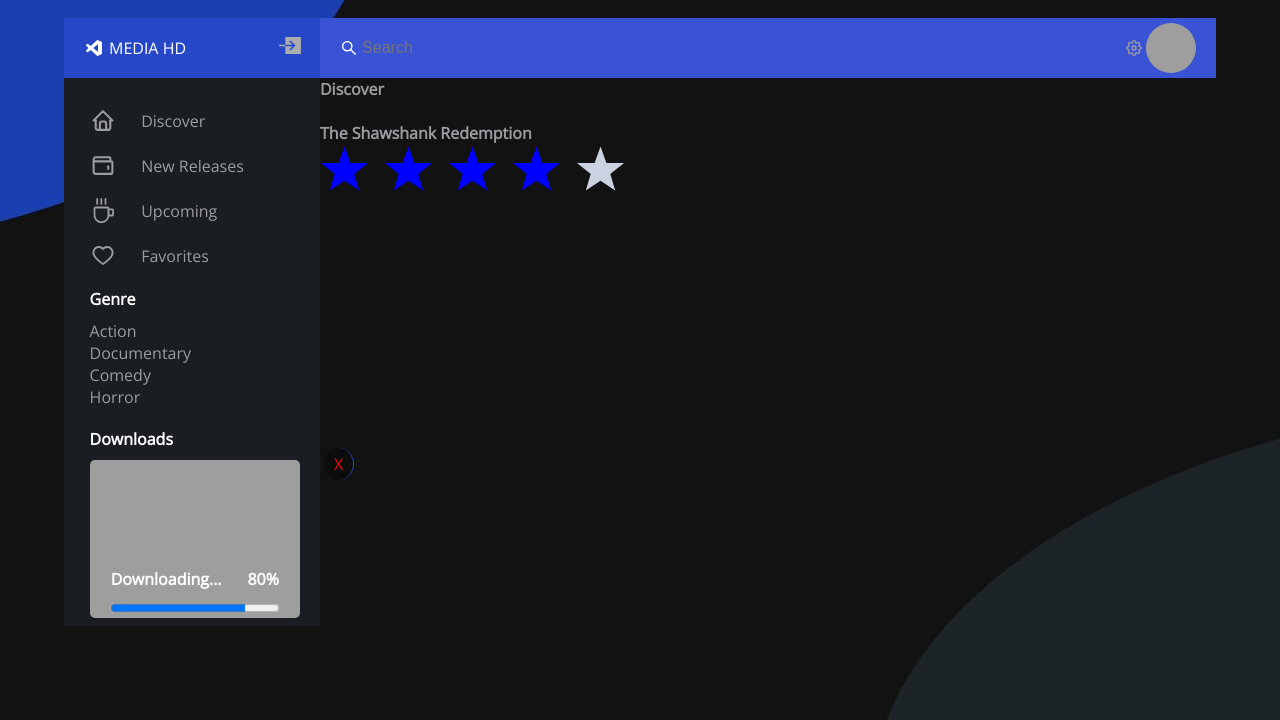
Repository: DevLaukey/movie-task
Page: /
An editor plug-in stored every save of this project. The page is shown before and after the next save, followed by the edit.
The browser window is 1280 px wide. The pictures show the whole page.
Pictures or frames that could not be fetched are drawn as grey boxes. The page's requests for data from a server got no answer. The project was rebuilt for these pictures with package versions that can differ from the ones it lists, and the page was loaded fresh each time. No one was signed in, and anything a server would have sent is missing. Also part of the build but not shown: src/components/Body/Movies.css.

Above is the page before, as saved 2022-06-16 23:20:35.

### src/App.js
import "./App.css"
import Body from "./components/Body/Body";
import Sidebar from "./components/Sidebar/Sidebar";
import axios from "axios";
import { useEffect, useState } from "react";

function App() {
  const [movies, setMovies] = useState([]);
  const url = "https://api.themoviedb.org/3/";
  const api = axios.create({ baseURL: url });

  const movieDetails = api.get(`/discover/movie?api_key=${process.env.REACT_APP_MOVIEDB_API}`, {
    params: process.env.MOVIEDB_API,
  });

  useEffect(() => {
    movieDetails.then((res) => {
      console.log(res.data.results);
    });
  }, [movies])
  return (
    <main className="App">
      <div className="App__container">
        <Sidebar />
        <Body />
      </div>
    </main>
  );
}

export default App;

### src/index.css
*{
    padding: 0;
    margin: 0;
    box-sizing: border-box;

}
body{    background-color: #000;
}

### src/features/counter/counterSlice.js
import { createAsyncThunk, createSlice } from '@reduxjs/toolkit';
import { fetchCount } from './counterAPI';

const initialState = {
  value: 0,
  movies: 'idle',
};

// The function below is called a thunk and allows us to perform async logic. It
// can be dispatched like a regular action: `dispatch(incrementAsync(10))`. This
// will call the thunk with the `dispatch` function as the first argument. Async
// code can then be executed and other actions can be dispatched. Thunks are
// typically used to make async requests.
export const incrementAsync = createAsyncThunk(
  'counter/fetchCount',
  async (amount) => {
    const response = await fetchCount(amount);
    // The value we return becomes the `fulfilled` action payload
    return response.data;
  }
);

export const counterSlice = createSlice({
  name: 'counter',
  initialState,
  // The `reducers` field lets us define reducers and generate associated actions
  reducers: {
    increment: (state) => {
      // Redux Toolkit allows us to write "mutating" logic in reducers. It
      // doesn't actually mutate the state because it uses the Immer library,
      // which detects changes to a "draft state" and produces a brand new
      // immutable state based off those changes
      state.value += 1;
    },
    decrement: (state) => {
      state.value -= 1;
    },
    // Use the PayloadAction type to declare the contents of `action.payload`
    incrementByAmount: (state, action) => {
      state.value += action.payload;
    },
  },
  // The `extraReducers` field lets the slice handle actions defined elsewhere,
  // including actions generated by createAsyncThunk or in other slices.
  extraReducers: (builder) => {
    builder
      .addCase(incrementAsync.pending, (state) => {
        state.status = 'loading';
      })
      .addCase(incrementAsync.fulfilled, (state, action) => {
        state.status = 'idle';
        state.value += action.payload;
      });
  },
});

export const { increment, decrement, incrementByAmount } = counterSlice.actions;

// The function below is called a selector and allows us to select a value from
// the state. Selectors can also be defined inline where they're used instead of
// in the slice file. For example: `useSelector((state: RootState) => state.counter.value)`
export const selectCount = (state) => state.counter.value;

// We can also write thunks by hand, which may contain both sync and async logic.
// Here's an example of conditionally dispatching actions based on current state.
export const incrementIfOdd = (amount) => (dispatch, getState) => {
  const currentValue = selectCount(getState());
  if (currentValue % 2 === 1) {
    dispatch(incrementByAmount(amount));
  }
};

export default counterSlice.reducer;

### src/App.css
@import url('https://fonts.googleapis.com/css2?family=Open+Sans&display=swap');
.App{
    background-image: url(../public/back.jpg);
    width: 100vw;
    height: 100vh;
    background-size: cover;
    background-repeat: no-repeat;
    font-family: 'Open Sans', sans-serif;
    color: rgba(154,156,161,255);
}
.App__container{
    position: absolute;
    display: flex;
    justify-content: center;
    width: 100%;
}

### src/components/Body/Body.js
import React from "react";
import "./Body.css";
import Movies from "./Movies";
import Nav from "./Nav/Nav";
function Body() {
  return (
    <div className="body">
      <Nav />
      <Movies />
    </div>
  );
}

export default Body;

### src/components/Sidebar/Sidebar.js
import React from "react";
import "./Sidebar.css";
import { IoEnterSharp } from "react-icons/io5";
import { SiVisualstudiocode } from "react-icons/si";

import Links from "./Links";

function Sidebar() {
  return (
    <div className="sidebar">
      <div className="sidebar__top">
        <div className="sidebar__left">
          <SiVisualstudiocode className="sidebar__logo" />
          <p className="sidebar__text">MEDIA HD</p>
        </div>
        <div className="sidebar__right">
          <IoEnterSharp
            style={{ color: "#acacac", height: "25", width: "30" }}
          />
        </div>
      </div>
      <div className="sidebar__bottom">
        <Links />
        <section className="sidebar__genre">
          <p className="sidebar__genre-bold-text">Genre</p>
          <p className="sidebar__genre-text">Action</p>
          <p className="sidebar__genre-text">Documentary</p>
          <p className="sidebar__genre-text">Comedy</p>
          <p className="sidebar__genre-text">Horror</p>
        </section>
        <section className="sidebar__downloads">
          <p className="sidebar__genre-bold-text">Downloads</p>
          <img
            className="sidebar__download-img"
            src="https://image.tmdb.org/t/p/original/zGLHX92Gk96O1DJvLil7ObJTbaL.jpg"
            alt="download"
          />
          <div className="sidebar__downloads-circle">
            <p className="sidebar__downloads-cancel">X</p>
          </div>
          <div className="sidebar__downloads-details">
            <div className="sidebar__downloads-text">
              <p className="sidebar__genre-bold-text">Downloading...</p>
              <p className="sidebar__genre-bold-text"> 80%</p>
            </div>

            <progress
              className="sidebar__downloads-progress"
              max="100"
              value="80"
            ></progress>
          </div>
        </section>
      </div>
    </div>
  );
}

export default Sidebar;

### src/components/Body/Body.css
.body{
    display: flex;
    flex-direction: column;
    top: -20px;
    width: 70%;
}

### src/components/Body/Movies.js
import React from 'react'
import Movie from './Movie'
import "./Movies.css"
function Movies() {
  return (
    <div className="movies">
      <h4 className="movies__title">
        Discover
      </h4>
          <Movie />
    </div>
  )
}

export default Movies

### src/components/Body/Nav/Nav.js
import React from 'react'
import "./Nav.css"
import { AiOutlineSearch} from "react-icons/ai";
import { FiSettings } from "react-icons/fi";

function Nav() {
  return (
    <div className="nav">
      <div className="nav__search">
        <AiOutlineSearch style={{ color: "white", fontSize: "20" }} />
        <input
          className="nav__search__input"
          type="text"
          placeholder="Search"
        />
      </div>
      <div className="nav__icons">
        <FiSettings />
        <img
          src={`https://dt2sdf0db8zob.cloudfront.net/wp-content/uploads/2019/12/9-Best-Online-Avatars-and-How-to-Make-Your-Own-for-Free-image1-5.png`}
          alt=""
          className="nav__avatar"
        />
      </div>
    </div>
  );
}

export default Nav

### src/components/Sidebar/Sidebar.css
.sidebar {
  display: flex;
  flex-direction: column;
  margin-top: 18px;
  width: 20%;
  align-items: center;
  background-color: rgba(26, 29, 34, 255);
}
.sidebar__top {
  display: flex;
  width: 100%;
  justify-content: space-between;
  align-items: center;
  padding: 15px;
  background-color: #2647c8;
}
.sidebar__left {
  color: #fff;
  display: flex;
  align-items: center;
}
.sidebar__logo {
  width: 30px;
}
.sidebar__bottom {
  width: 100%;
}

.sidebar__group {
  width: 100%;
  margin-top: 20px;
  display: flex;

  flex-direction: column;
}
.sidebar__option {
  display: flex;
  align-items: center;
  padding: 10px 20px 10px 0;
}
.sidebar__option > * {
  margin-left: 10%;
}
.sidebar__option:hover {
  background-color: #0c0c0c;
  color: rgba(25, 64, 181, 255);
  border-left: 1px solid #2647c8;
}
.sidebar__genre {
  display: flex;
  flex-direction: column;
  padding: 10px 20px 10px 0;
  margin-left: 10%;
}
.sidebar__genre-bold-text {
  font-weight: bold;
  color: #fff;
  font-size: 1em;
  margin-bottom: 10px;
}

.sidebar__downloads {
  display: flex;
  flex-direction: column;
  padding: 10px 20px 10px 0;
  margin-left: 10%;
}
.sidebar__downloads-circle {
  padding: 5px 10px 5px 10px;
  background-color: #0c0c0c;
  width: fit-content;
  align-items: center;
  border-radius: 50%;
  position: absolute;
  left: 45vh;
  border-right: #2647c8 1px solid;
  margin-top: 20px;
}
.sidebar__downloads-cancel {
  color: red;
}
.sidebar__download-img {
border-radius: 5px;
}

.sidebar__downloads-text{
  display: flex;
  width: 100%;
  justify-content: space-between;
}
.sidebar__downloads-details{
   width: 80%;
margin-left: 10%;
margin-top: -50px;
}
.sidebar__downloads-progress{
  display: flex;
 width: 100%;
  color: black;
}

### src/components/Sidebar/Links.js
import React from 'react'
import { TbHome } from "react-icons/tb";
import { BiWallet } from "react-icons/bi";
import { AiOutlineHeart, AiOutlineCoffee } from "react-icons/ai";


function Links() {
  return (
    <nav className="sidebar__group">
      <div className="sidebar__option">
        <TbHome style={{ height: "25", width: "30" }} />
        <p className="sidebar__option-text">Discover</p>
      </div>
      <div className="sidebar__option">
        <BiWallet style={{ height: "25", width: "30" }} />
        <p className="sidebar__option-text">New Releases</p>
      </div>
      <div className="sidebar__option">
        <AiOutlineCoffee style={{ height: "25", width: "30" }} />
        <p className="sidebar__option-text">Upcoming</p>
      </div>
      <div className="sidebar__option">
        <AiOutlineHeart style={{ height: "25", width: "30" }} />

        <p className="sidebar__option-text">Favorites</p>
      </div>
    </nav>
  );
}

export default Links

### src/components/Body/Movie.js
import React from 'react'
import "./Movies.css"
import StarRatings from 'react-star-ratings';

function Movie() {
  const url = ''
  const rating = 4;
  return (
    <div className="movie">
      <img src={url} alt="" className="movie__pic" />
      <div className="movie__details">
        <h4 className="movie__title">The Shawshank Redemption</h4>
        <div className="movie__adds">
          <StarRatings
            className="movie__rating"
            rating={rating}
            starRatedColor="blue"

            numberOfStars={5}
            name="rating"
          />
        </div>
      </div>
    </div>
  );
}

export default Movie

### src/components/Body/Nav/Nav.css
.nav {
  width: 100%;
  display: flex;
  justify-content: space-between;
  margin-top: 18px;
  align-items: center;
  padding: 5px 20px;
  background-color: #3a53d4;
}
.nav__search {
  display: flex;
  align-items: center;
}
.nav__search__input {
  width: 100%;
  border: none;
  background-color: #3a53d4;
  color: #fff;
  margin-left: 4px;
  font-size: 1em;
}

.nav__search__input:focus {
  outline: none;
}
.nav__icons{
    display: flex;
    align-items: center;
}
.nav__avatar{
    margin-left: 4px;
  vertical-align: middle;
  width: 50px;
  height: 50px;
  border-radius: 50%
}

Loaded but not shown: public/index.html (common file); src/index.js (common file); src/app/store.js (common file); src/reportWebVitals.js (common file); src/features/counter/counterAPI.js (common file); src/components/Body/Movies.css (no copy from this time; the picture is the same without it)

After the next save:
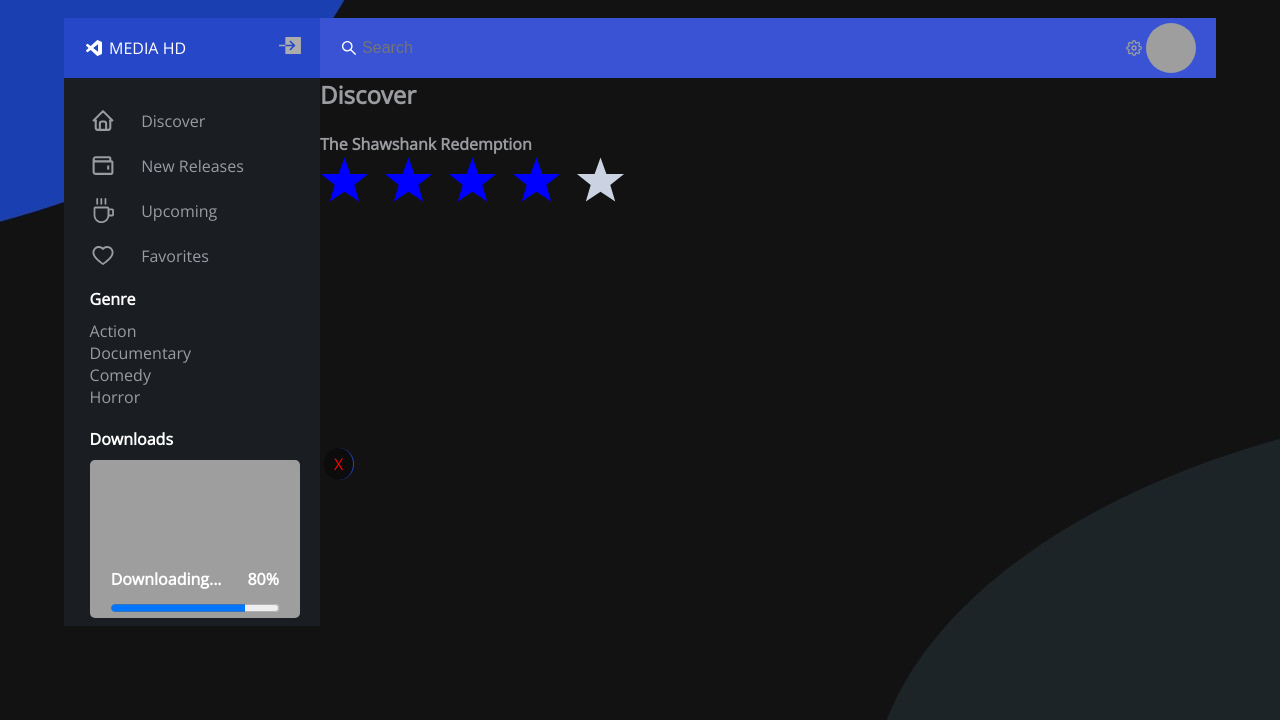
Saved 9 s later.
--- a/src/components/Body/Movies.js
+++ b/src/components/Body/Movies.js
@@ -4,9 +4,9 @@ import "./Movies.css"
 function Movies() {
   return (
     <div className="movies">
-      <h4 className="movies__title">
+      <h2 className="movies__title">
         Discover
-      </h4>
+      </h2>
           <Movie />
     </div>
   )
